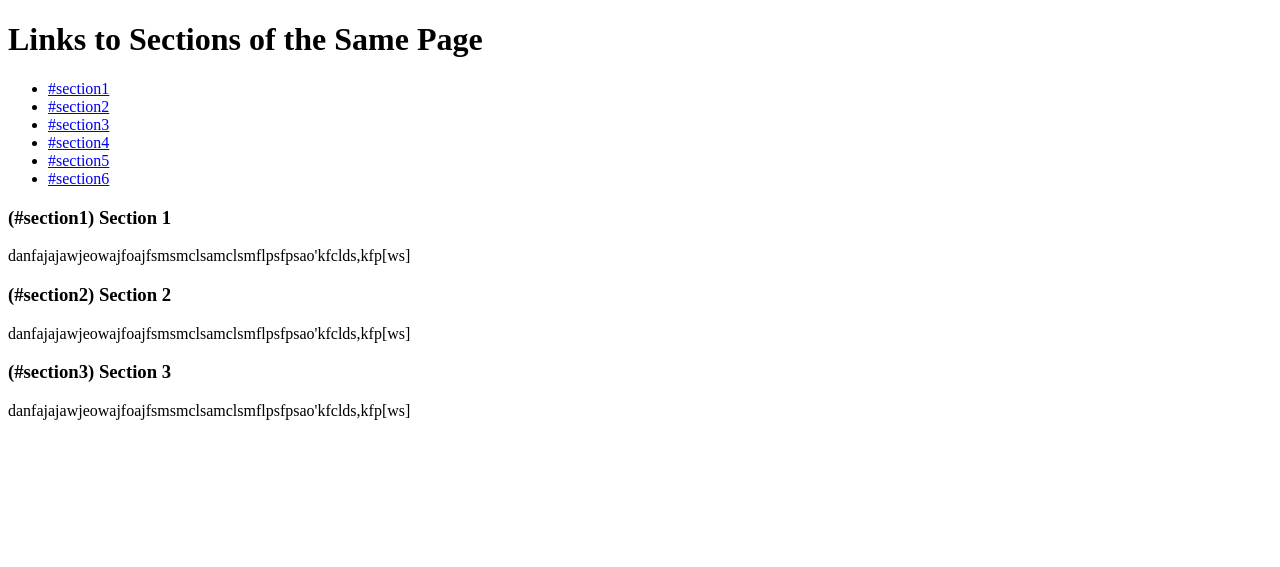
Repository: Koniya/my-coding-practices
Page: links-same page.html
The author's editor kept a copy of each file at every save. The page is drawn from the files as they stood at one save, then again after the next save.
The browser window is 1280 px wide. The pictures show the whole page.

Above is the page before, as saved 2024-01-27 17:11:30.

After the next save:
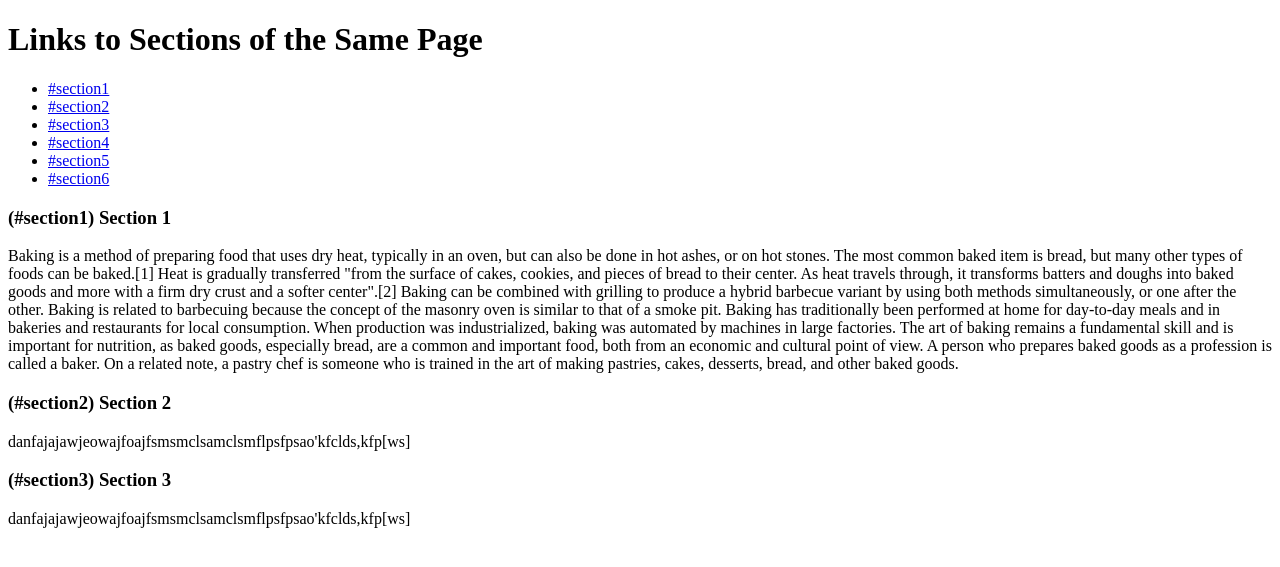
Saved 103 s later.
--- a/links-same page.html
+++ b/links-same page.html
@@ -20,7 +20,9 @@
 
     <section id="section1">
         <h3>(#section1) Section 1</h3>
-        <p>danfajajawjeowajfoajfsmsmclsamclsmflpsfpsao'kfclds,kfp[ws]
+        <p>Baking is a method of preparing food that uses dry heat, typically in an oven, but can also be done in hot ashes, or on hot stones. The most common baked item is bread, but many other types of foods can be baked.[1] Heat is gradually transferred "from the surface of cakes, cookies, and pieces of bread to their center. As heat travels through, it transforms batters and doughs into baked goods and more with a firm dry crust and a softer center".[2] Baking can be combined with grilling to produce a hybrid barbecue variant by using both methods simultaneously, or one after the other. Baking is related to barbecuing because the concept of the masonry oven is similar to that of a smoke pit.
+
+            Baking has traditionally been performed at home for day-to-day meals and in bakeries and restaurants for local consumption. When production was industrialized, baking was automated by machines in large factories. The art of baking remains a fundamental skill and is important for nutrition, as baked goods, especially bread, are a common and important food, both from an economic and cultural point of view. A person who prepares baked goods as a profession is called a baker. On a related note, a pastry chef is someone who is trained in the art of making pastries, cakes, desserts, bread, and other baked goods.
         </p>
     </section>
 
